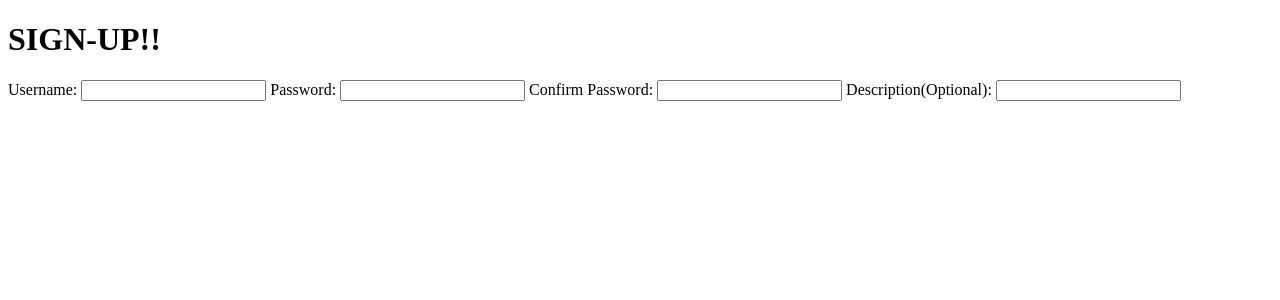
Repository: claudesedillo/WEBAPDE-MP2
Page: MP2 Workplace/WEBAPDE-MP2Q/WebContent/signup.html
These files come from the project's save history. The page is drawn as it stood at one moment and after the next save; the edit follows.
The browser window is 1280 px wide. The pictures show the whole page.

Above is the page before, as saved 2017-07-21 17:57:57.

### MP2 Workplace/WEBAPDE-MP2Q/WebContent/signup.html
<!DOCTYPE html>
<html>
<head>
<meta charset="ISO-8859-1">
<title>Insert title here</title>
</head>
<body>
	<h1>SIGN-UP!!</h1>

	<form method="POST" action="register">
		Username: <input type="text" name="username">
		Password: <input type="password" name="password">
		Confirm Password: <input type="password" name="conPassword">
		Description(Optional): <input type="text"> </br>
	</form>
</body>
</html>

After the next save:
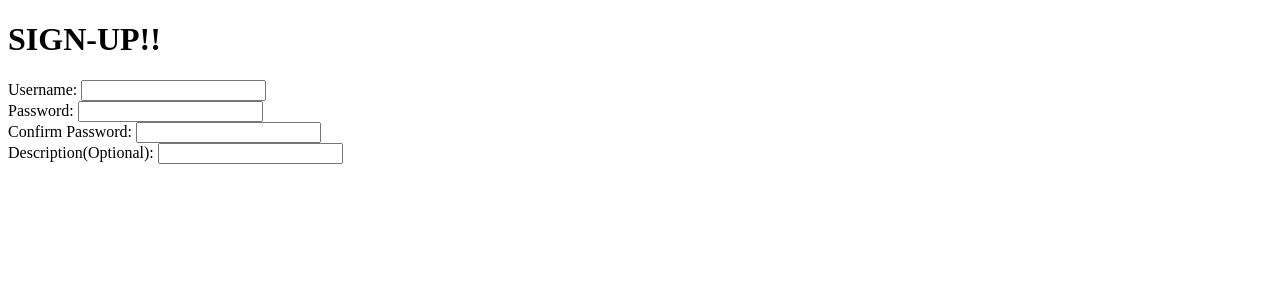
Saved 5 s later.
--- a/MP2 Workplace/WEBAPDE-MP2Q/WebContent/signup.html
+++ b/MP2 Workplace/WEBAPDE-MP2Q/WebContent/signup.html
@@ -8,9 +8,9 @@
 	<h1>SIGN-UP!!</h1>
 
 	<form method="POST" action="register">
-		Username: <input type="text" name="username">
-		Password: <input type="password" name="password">
-		Confirm Password: <input type="password" name="conPassword">
+		Username: <input type="text" name="username"></br>
+		Password: <input type="password" name="password"></br>
+		Confirm Password: <input type="password" name="conPassword"></br>
 		Description(Optional): <input type="text"> </br>
 	</form>
 </body>
